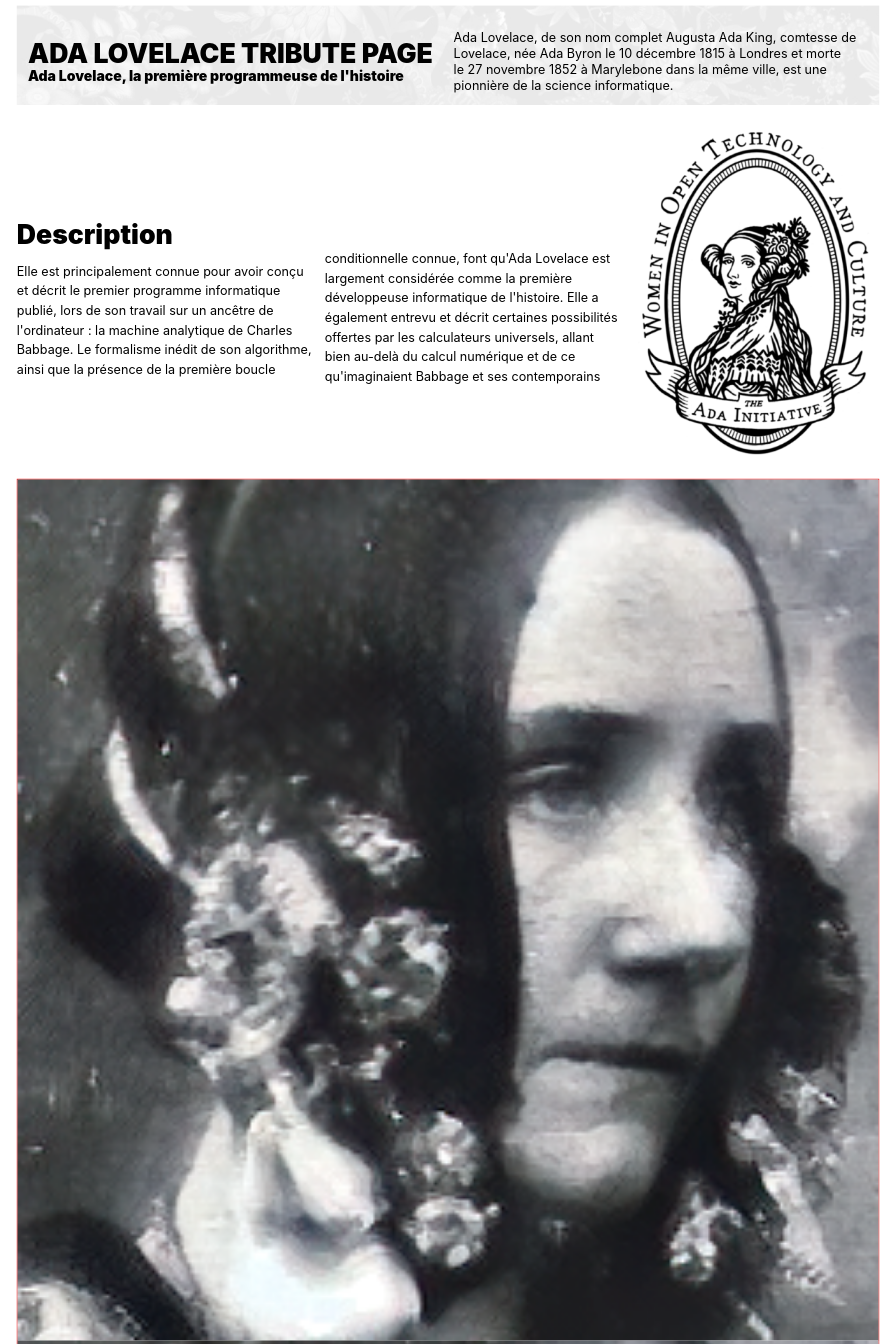
Repository: b3no1t/integration-training
Page: onepage-adalovelace/src/index.html
An editor plug-in stored every save of this project. The page is shown before and after the next save, followed by the edit.
The browser window is 1280 px wide. The pictures show the part of the page from y = 0 to 1920 px (the page is 5748 px tall), at 70% of full size.

Above is the page before, as saved 2025-01-30 09:51:44.

### onepage-adalovelace/src/index.html
<!DOCTYPE html>
<html lang="en">
<head>
 <meta charset="UTF-8">
 <meta name="viewport" content="width=device-width, initial-scale=1.0">
 <link rel="preconnect" href="https://fonts.googleapis.com">
<link rel="preconnect" href="https://fonts.gstatic.com" crossorigin>
<link href="https://fonts.googleapis.com/css2?family=Open+Sans:ital,wght@0,300..800;1,300..800&display=swap" rel="stylesheet">
<link rel="stylesheet" href="./assets/css/style.css">
 <title>ADA LOVELACE</title>
</head>
<body>

<div class="wrapper">


<header>
 <div class="intro">

 <div>
  <h2>
   ADA LOVELACE TRIBUTE PAGE
   <span>
    Ada Lovelace, la première programmeuse de l'histoire
   </span>
  </h2>
 </div>

 <div>
  <p>
   Ada Lovelace, de son nom complet Augusta Ada King, comtesse de Lovelace, née Ada Byron le 10 décembre 1815 à Londres et morte le 27 novembre 1852 à Marylebone dans la même ville, est une pionnière de la science informatique.
  </p>
 </div>

 </div>
</header>

<main>
 <section class="description">
   <div class="description-content">
    <h2>Description</h2>
    <p>
      Elle est principalement connue pour avoir conçu et décrit le premier programme informatique publié, lors de son travail sur un ancêtre de l'ordinateur : la machine analytique de Charles Babbage. Le formalisme inédit de son algorithme, ainsi que la présence de la première boucle conditionnelle connue,
      font qu'Ada Lovelace est largement considérée comme la première développeuse informatique de l'histoire. Elle a également entrevu et décrit certaines possibilités offertes par les calculateurs universels, allant bien au-delà du calcul numérique et de ce qu'imaginaient Babbage et ses contemporains
    </p>
  </div>
  <img src="./assets/img/ada-illu.png">
 </section>

 <section class="gallery">
  <!-- 4 imageshorizontale -->
  <img src="./assets/img/ada-photo.png" alt="photostration d'Ada Lovealace">
  <img src="./assets/img/ada-photo.png" alt="photostration d'Ada Lovealace">
  <img src="./assets/img/ada-photo.png" alt="photostration d'Ada Lovealace">
  <img src="./assets/img/ada-photo.png" alt="photostration d'Ada Lovealace">
 </section>
 <section>
  <!-- une image pleine largeur en fond avec du texte par dessus -->
 </section>

 <section>
  <h2></h2>
  <p></p>
 </section>
 <section>
  <h2></h2>
  <p></p>
 </section>
</main>
<footer>
 <img src="" alt="">
</footer>

</body>
</html>

### onepage-adalovelace/src/assets/css/style.css
/*
* ADA Lovelace Style one page tribute
*/

 @import url(_reset.css);
 @import url(_main.css);
 @import url(_section.css);

### onepage-adalovelace/src/assets/css/_main.css
/*
* ADA Style
*/
* {
  font-family: -apple-system,"Open Sans",  BlinkMacSystemFont,
    Roboto, Oxygen, Ubuntu, Cantarell,"Helvetica Neue", sans-serif;
}

.wrapper{
  width: 100%;
  max-width: 1300px;
  margin: 0 auto;
  padding-inline: 1em;
}

main > * + * {
  margin-top: 2em;
  border: 1px solid red;
}

.main-grid{
  width: 100%;
  display: grid;
  grid-template-columns: .5rem 1f .5rem;
  gap: 1em;
  @media (min-width: 640px) {
    max-width: 1300px;
    grid-template-columns: 1.5rem 1f 1.5rem;
  }
}

/* layout*/
.full-width {
  width: 100%;

  margin: 0;
  background-image: url(../../assets/img/ada-illu2.png);
  background-size: cover;
  display: flex;
  justify-content: flex-end;




/*content*/

.content {
  font-size: 26px;
  line-height: 42px;
  font-weight: 600;
}
h1 {
  font-size: 4rem;
  font-weight: 900;

h2 {
  font-size: 2rem;
  line-height: 23px;
}
p {
  font-size: 1.2rem;
}
/* SECTION DESCRIPTION */
.description{
  @media screen and (min-width: 640px) {
  margin-top: 2em;
  }
 & p{
  columns:320px 2;
  column-gap: 2rem;
  font-size: 1rem;
 }
}

.container-description{
 display: flex;
 justify-content: space-between;

 & p{
  flex-basis: 66%;
 }
 & img{}
}

### onepage-adalovelace/src/assets/css/_section.css
/*
* ADA Style: section
*/

section {
}

.intro {
  background-image: url(../img/bg-header.png);
  background-size: cover;
  display: flex;
  justify-content: space-between;
  gap: 1rem;
  padding: 1em;
  flex-direction: column;
  @media (min-width: 640px) {
    flex-direction: row;
  }

  & div {
    width: 100%;
    @media (min-width: 640px) {
      width: 50%;
    }
  }
  & p {
    font-size: 18px;
    line-height: 23px;
  }
  & h2 {
    font-size: 38px;
    display: block;
    font-weight: 900;
  }
  & span {
    display: block;
    font-size: 20px;
  }
}
/*
* DESCRIPTION  ----------------------
*/
.description {
  display: flex;
  flex-direction: column;
  justify-content: space-between;
  align-items: center;
  gap: 1em;

  @media (min-width: 640px) {
    flex-direction: row;
    margin-top: 2em;
    max-width: 1300px;
  }
  & img {
    width: 50%;
    margin-inline: auto;
    @media (min-width: 640px) {
      width: 100%;
    }
  }
}

.description-content {
  columns: 300px 1;
  column-gap: 0.5em;
  & h2 {
    column-span: all;
    font-size: 38px;
    display: block;
    font-weight: 900;
  }
  & p {
    font-size: 18px;
    line-height: 28px;
  }
  @media (min-width: 640px) {
    columns: 300px 2;
    column-gap: 1em;
  }
}

.gallery {
  display: flex;
  flex-direction: column;
  flex-basis: 100%;
  flex: 1;
  & img {
    width: 50%;
    aspect-ratio: 1/1;
    object-fit: cover;
    @media (min-width: 640px) {
      width: 100%;
    }
  }
}

Loaded but not shown: onepage-adalovelace/src/assets/css/_reset.css (common file)

After the next save:
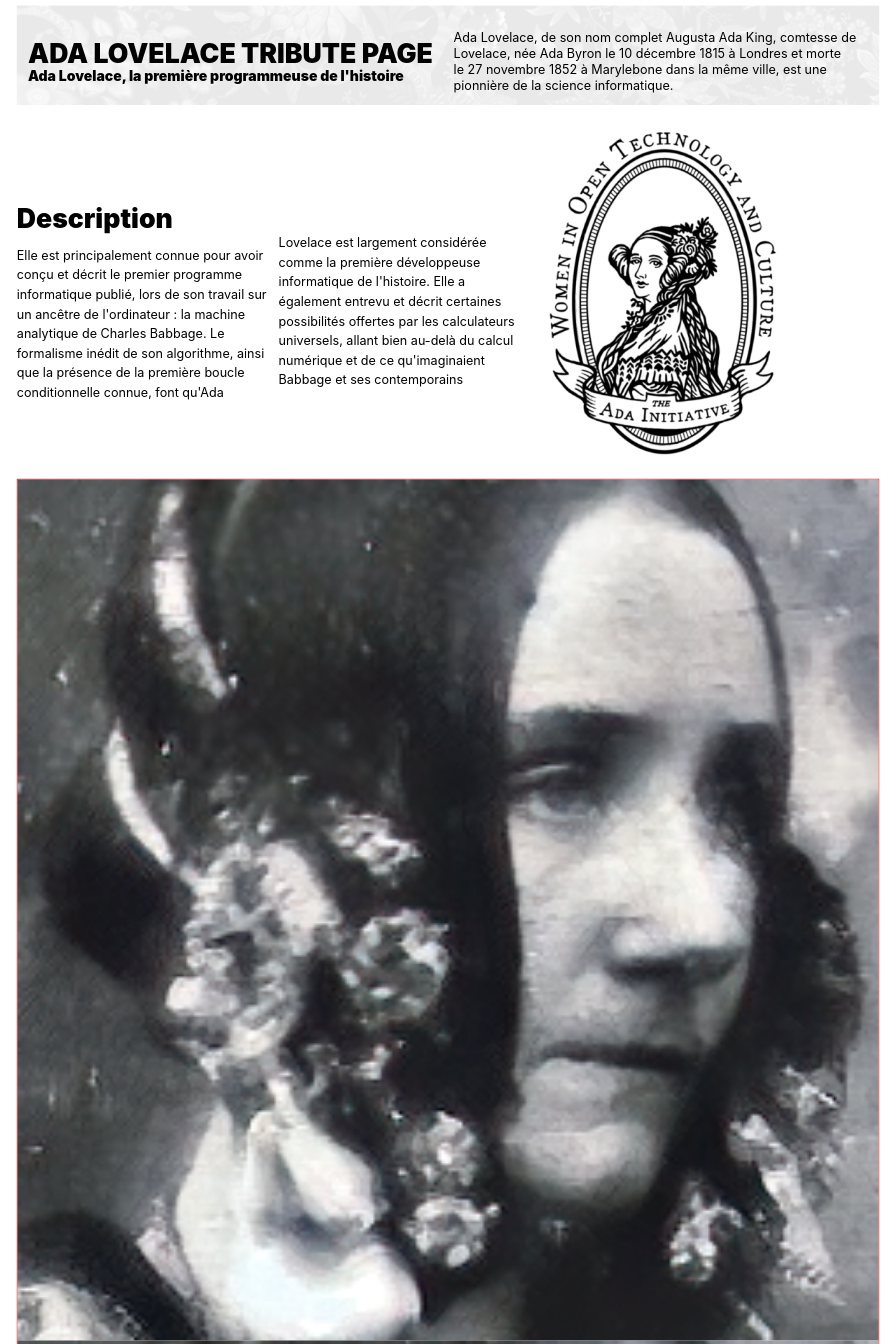
Saved 15 s later.
--- a/onepage-adalovelace/src/assets/css/_section.css
+++ b/onepage-adalovelace/src/assets/css/_section.css
@@ -50,7 +50,7 @@
   @media (min-width: 640px) {
     flex-direction: row;
     margin-top: 2em;
-    max-width: 1300px;
+    max-width: 1100px;
   }
   & img {
     width: 50%;
